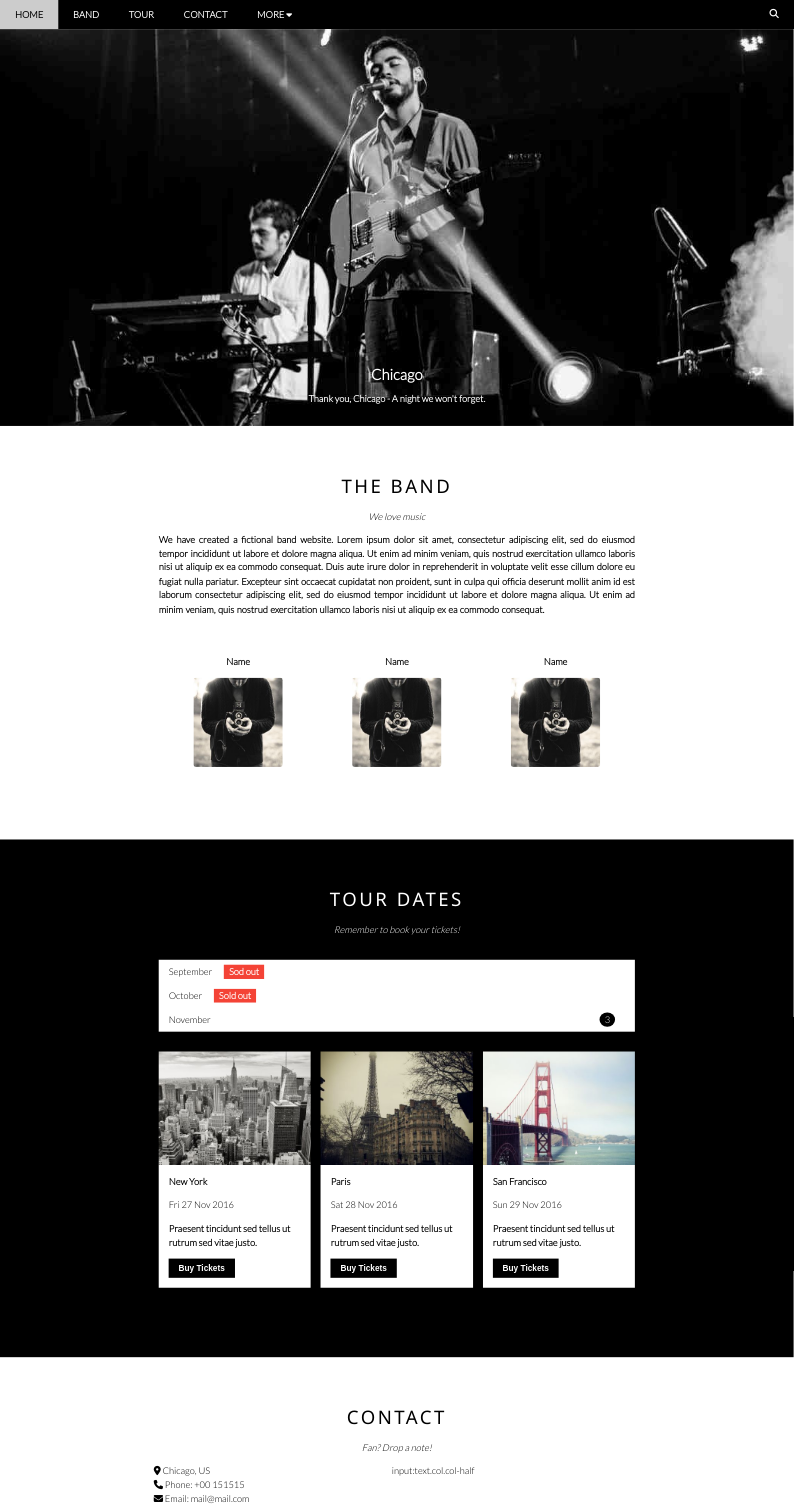
Repository: vanmanhAI/project-03-w3
Page: index.html
These files come from the project's save history. The page is drawn as it stood at one moment and after the next save; the edit follows.
The browser window is 1280 px wide. The pictures show the whole page, at 62% of full size.
Some web libraries are served in a nearby version.

Above is the page before, as saved 2022-07-13 10:29:57.

After the next save:
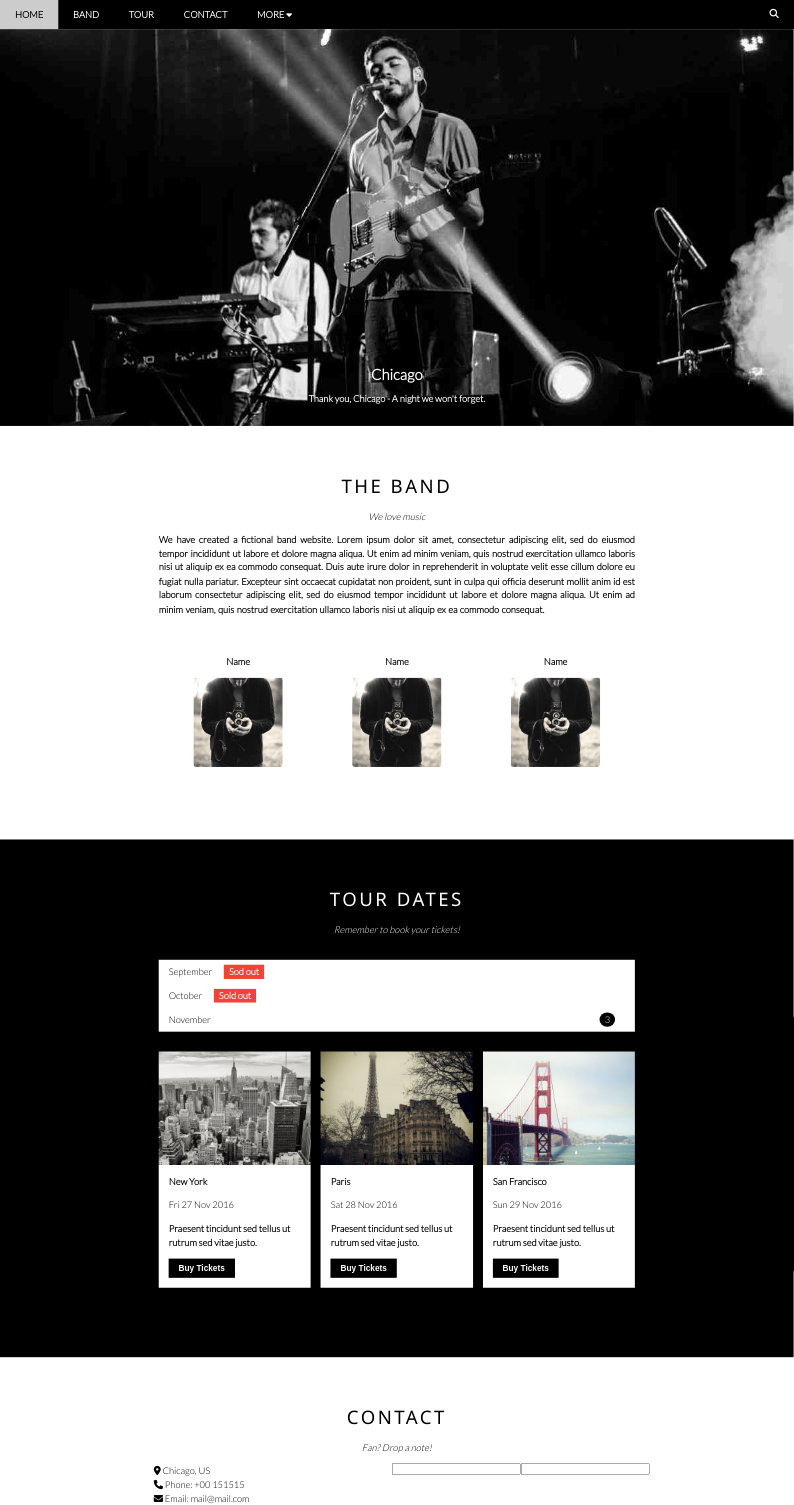
Saved 5 s later.
--- a/index.html
+++ b/index.html
@@ -125,7 +125,7 @@
                     <div class="col col-half">
                         <form action="">
                             <div class="row">
-                                input:text.col.col-half
+                                <input type="text" name="" id="" class="col col-half"><input type="text" name="" id="" class="col col-half">
                             </div>
                             <div class="row"></div>
                         </form>
